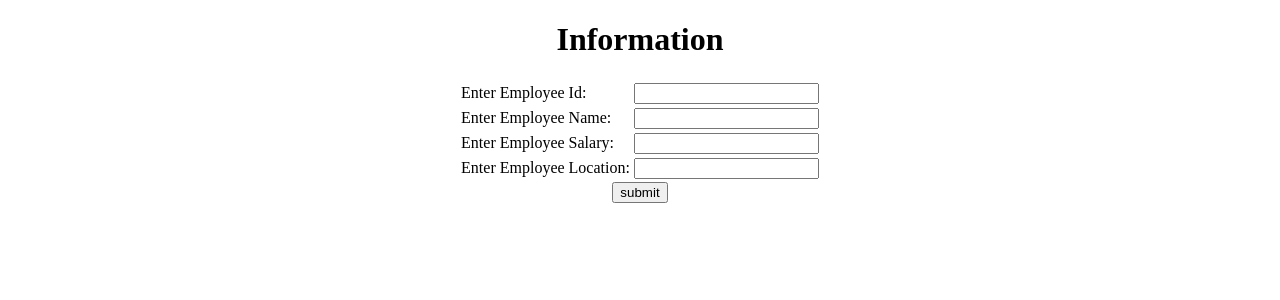
Repository: mounikagunda/corejavaproject
Page: project2/WebContent/insert.html
An editor plug-in stored every save of this project. The page is shown before and after the next save, followed by the edit.
The browser window is 1280 px wide. The pictures show the whole page.

Above is the page before, as saved 2016-12-16 04:23:44.

After the next save:
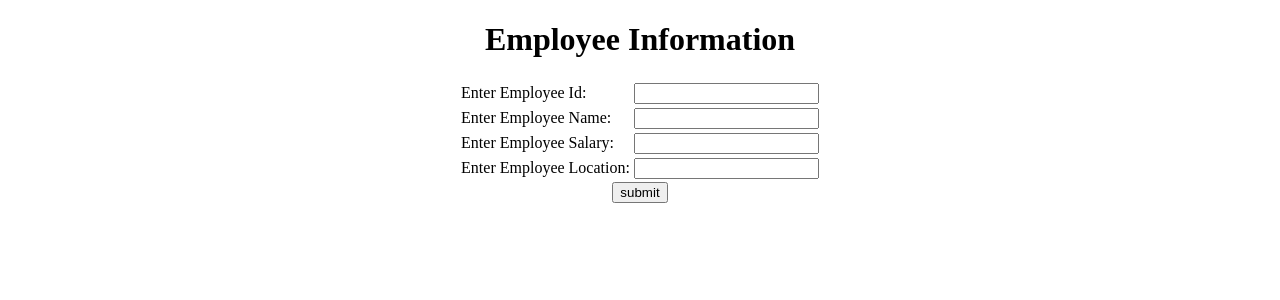
Saved 27 s later.
--- a/project2/WebContent/insert.html
+++ b/project2/WebContent/insert.html
@@ -6,7 +6,7 @@
 </head>
 <body style="background-color:White">
 <div align="center">
-<h1>Information</h1>
+<h1>Employee Information</h1>
 <form action="insert" method="post">
 <table>
 <tr>
